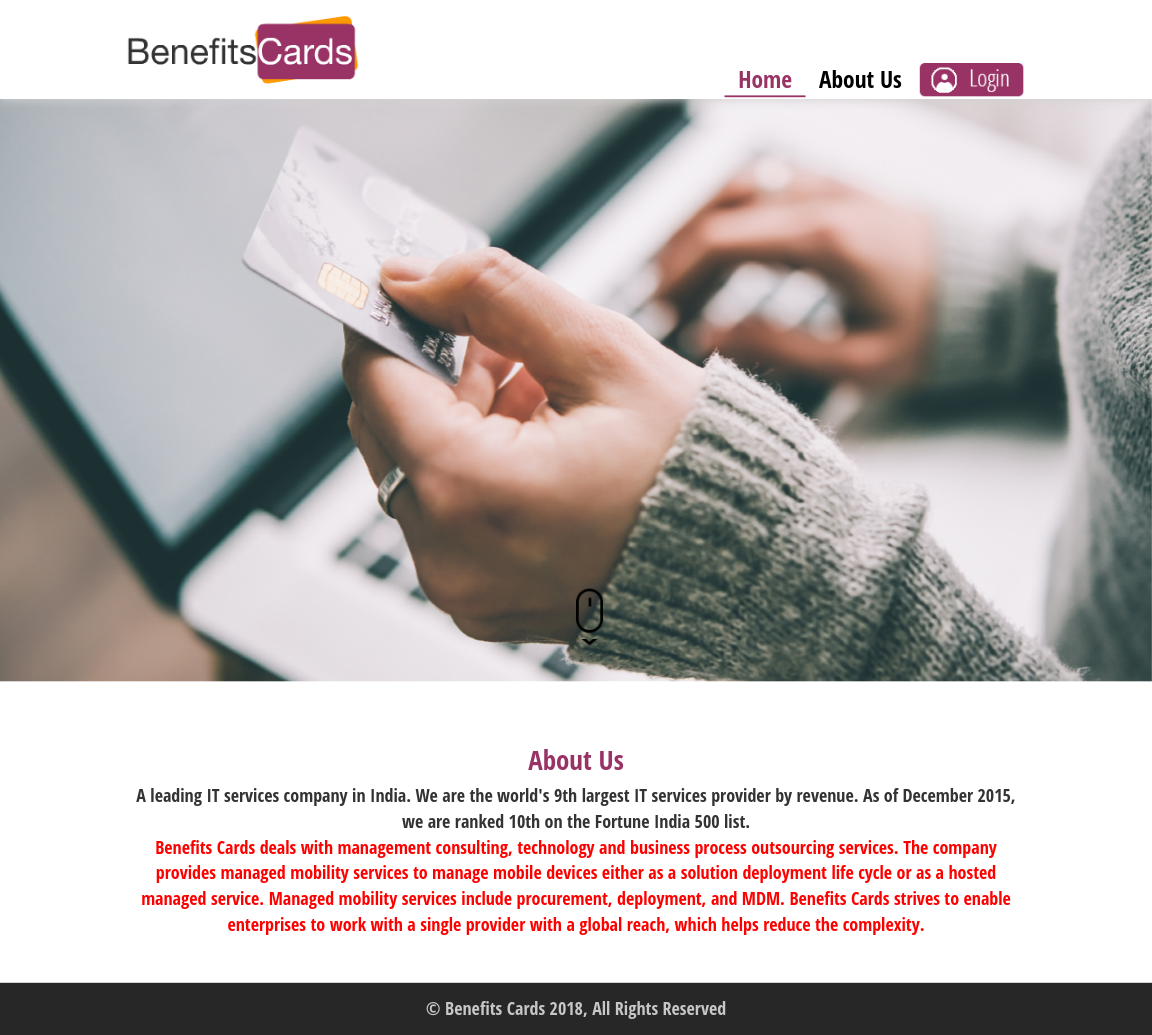
Repository: intkhabahmed/AcceleratedBootcampWebsites
Page: http://localhost/BenefitsCards/UI/index.jsp
An editor plug-in stored every save of this project. The page is shown before and after the next save, followed by the edit.
The browser window is 1280 px wide. The pictures show the whole page, at 90% of full size.
Some web fonts or font styles are not loaded; a fallback is used. The page is served by Tomcat 9. Nobody is signed in. The application's start-up code is not run.

Above is the page before, as saved 2018-02-13 08:10:59.

After the next save:
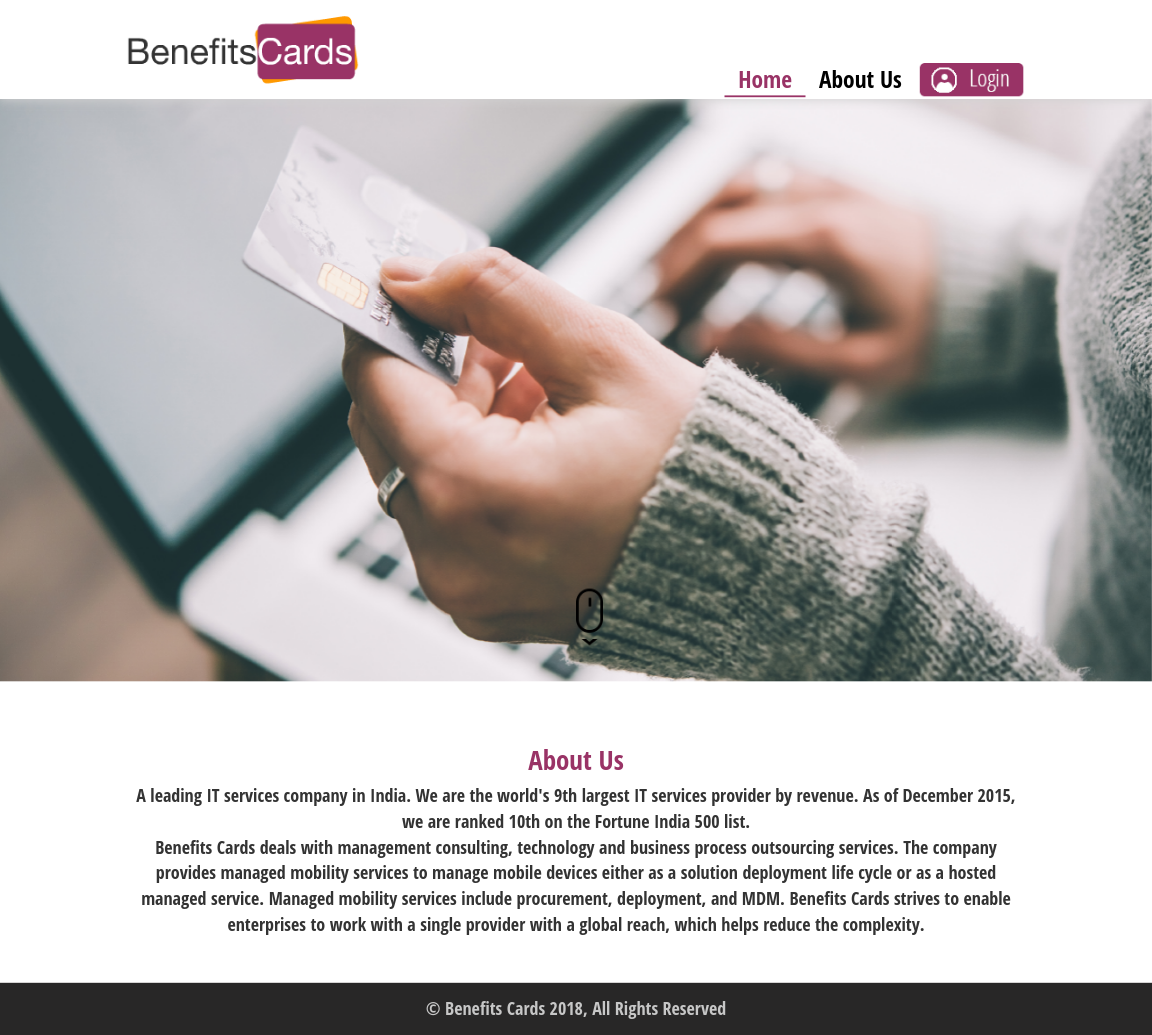
Saved 9 min 14 s later.
--- a/BenefitsCards/WebContent/UI/index.jsp
+++ b/BenefitsCards/WebContent/UI/index.jsp
@@ -43,7 +43,7 @@
 				<p align="center">A leading IT services company in India. We are
 					the world's 9th largest IT services provider by revenue. As of
 					December 2015, we are ranked 10th on the Fortune India 500 list.</p>
-				<p align="center" class="error">Benefits Cards deals with management consulting, technology
+				<p align="center">Benefits Cards deals with management consulting, technology
 					and business process outsourcing services. The company provides
 					managed mobility services to manage mobile devices either as a
 					solution deployment life cycle or as a hosted managed service.
